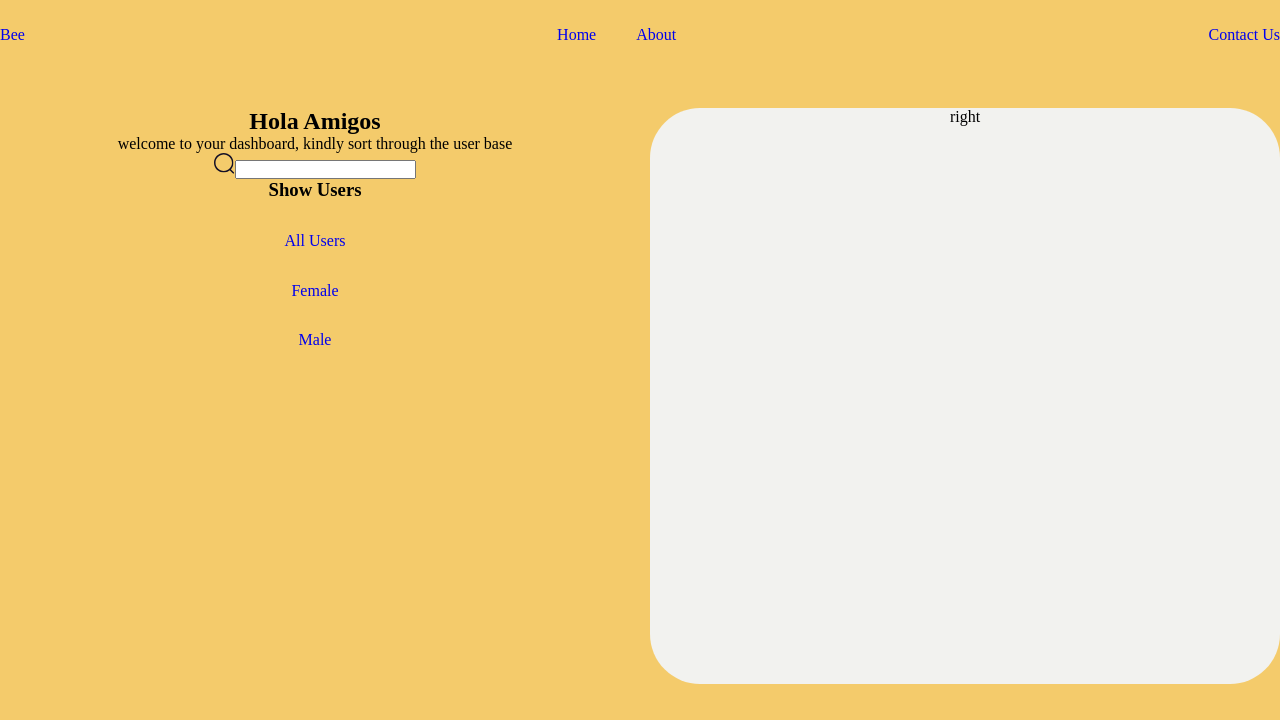
Repository: ble-syn/Random-user-generator-app
Page: /
These files come from the project's save history. The page is drawn as it stood at one moment and after the next save; the edit follows.
The browser window is 1280 px wide. The pictures show the whole page.
The project was rebuilt for these pictures with package versions that can differ from the ones it lists, and the page was loaded fresh each time. Also part of the build but not shown: src/pages/About.jsx, src/pages/Policy.jsx, src/pages/Terms.jsx, src/pages/Contact.jsx, src/pages/NotFound.jsx.

Above is the page before, as saved 2022-10-26 00:50:03.

After the next save:
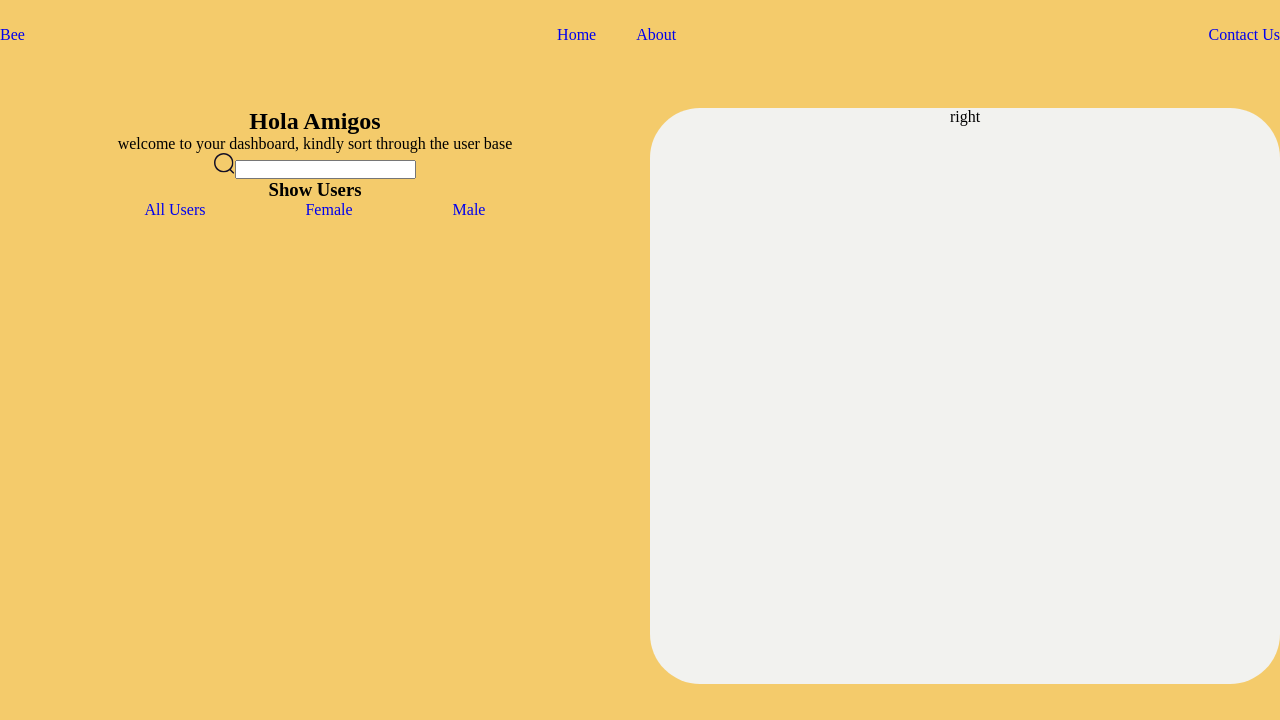
Saved 18 s later.
--- a/src/index.css
+++ b/src/index.css
@@ -36,9 +36,7 @@ nav {
   flex: 5;
 }
 .user-link{
-  display: flex;
-  justify-content: center;
-  margin: 5% 0;
+  margin: 50px;
 }
 #right{
   height: 80vh;
